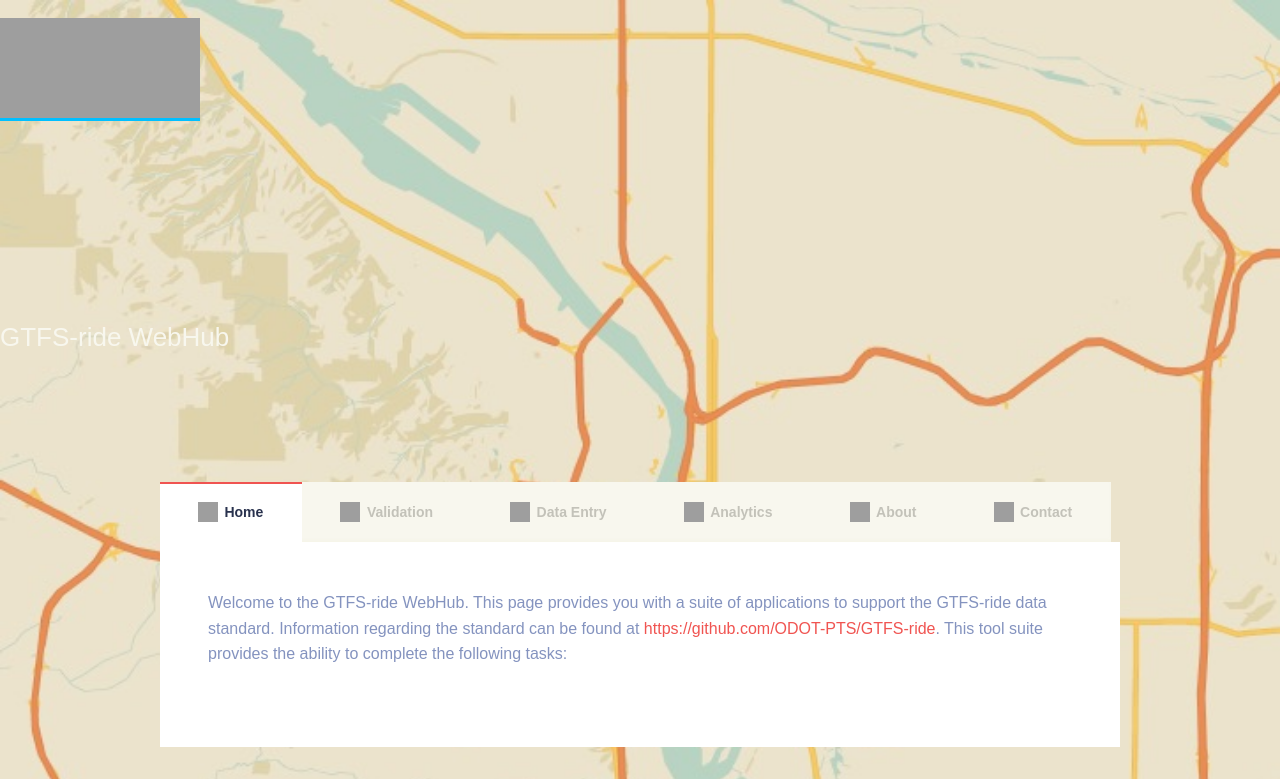
Repository: BenFields22/GTFS-RideWebHub
Page: http://localhost/GTFS-RideWebHub/
An editor plug-in stored every save of this project. The page is shown before and after the next save, followed by the edit.
The browser window is 1280 px wide. The pictures show the whole page.
Pictures or frames that could not be fetched are drawn as grey boxes. Backgrounds fixed to the window are drawn as part of the page. Some web fonts or font styles are not loaded; a fallback is used. The page is served by Tomcat 9.

Above is the page before, as saved 2017-08-28 21:43:42.

After the next save:
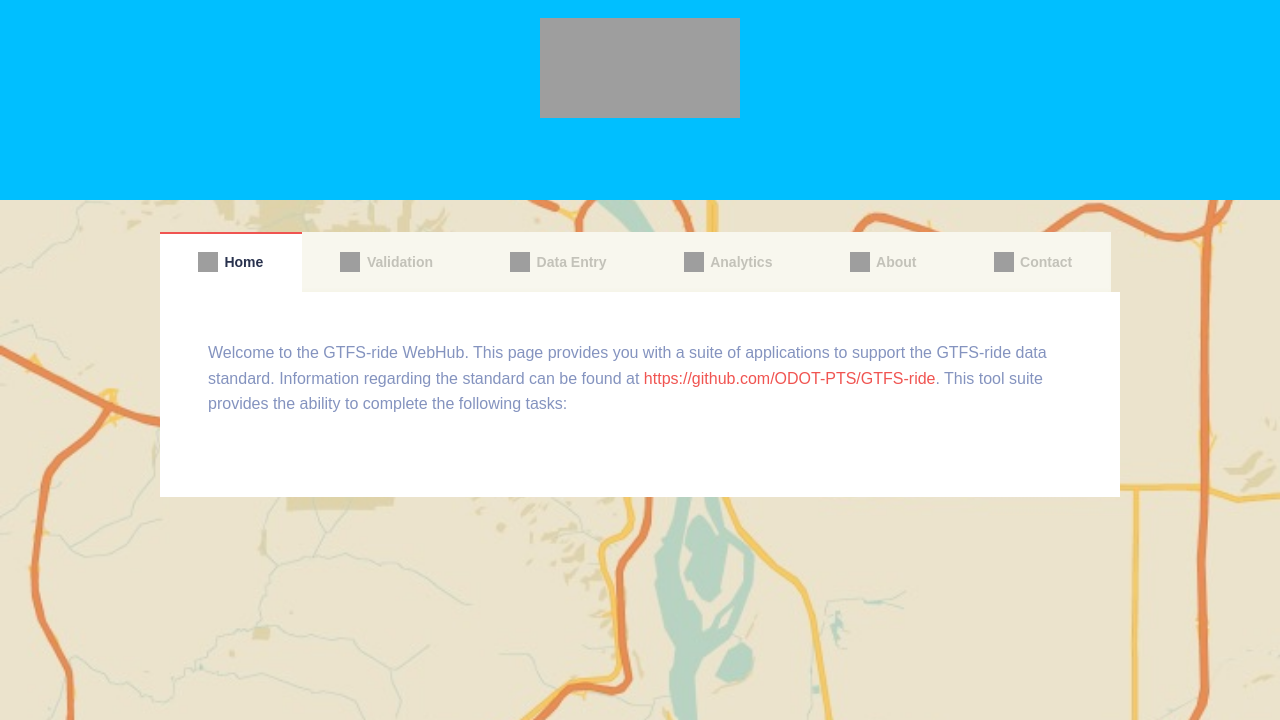
Saved 24 s later.
--- a/GTFS-RideWebHub/WebContent/Resources/css/style.css
+++ b/GTFS-RideWebHub/WebContent/Resources/css/style.css
@@ -36,11 +36,10 @@ Main components
 
 -------------------------------- */
 header {
-  display:inline;
   position: relative;
   height: 50px;
   line-height: 100px;
-  /*text-align: center;*/
+  text-align: center;
   -webkit-font-smoothing: antialiased;
   -moz-osx-font-smoothing: grayscale;
   background-color: #00BFFF;
